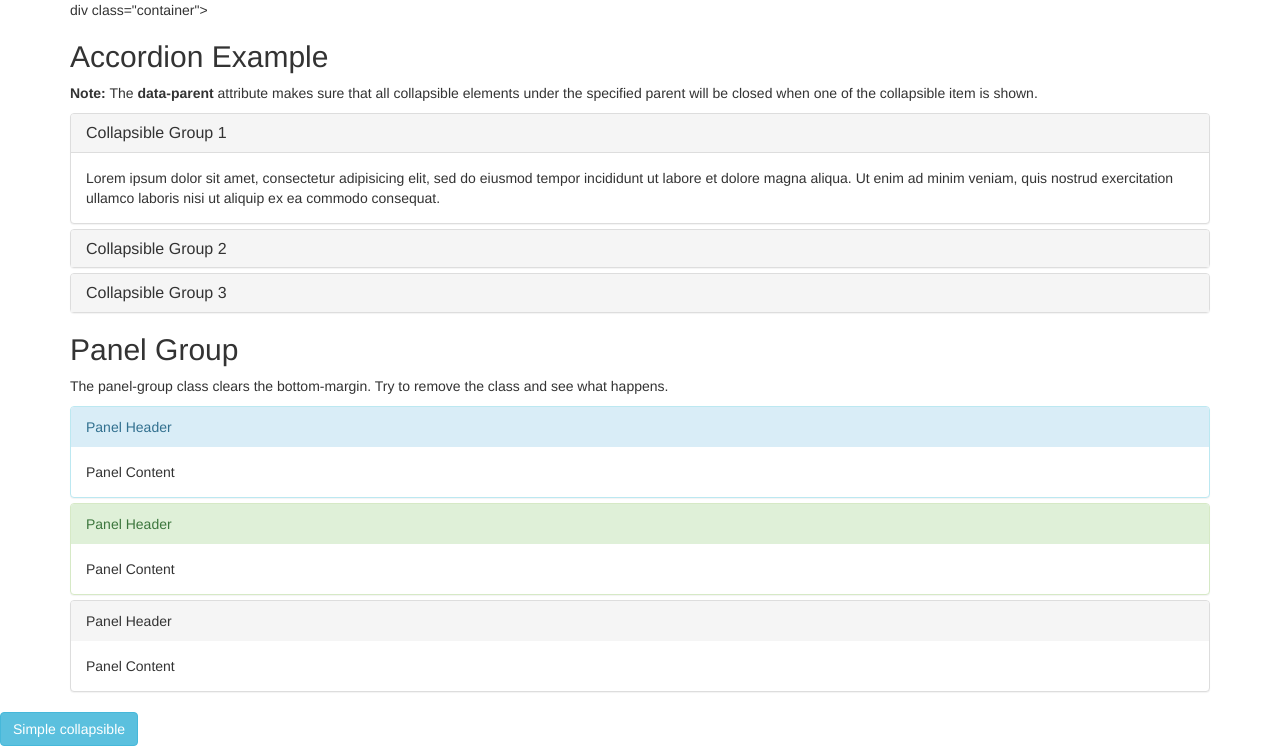
Repository: IreneCho/sk
Page: jqmTest/WebContent/day16/k.html
The author's editor kept a copy of each file at every save. The page is drawn from the files as they stood at one save, then again after the next save.
The browser window is 1280 px wide. The pictures show the whole page.

Above is the page before, as saved 2016-08-19 01:43:44.

### jqmTest/WebContent/day16/k.html
<!DOCTYPE html>
<html lang="en">
<head>
  <title>Bootstrap Case</title>
  <meta charset="utf-8">
  <meta name="viewport" content="width=device-width, initial-scale=1">
  <link rel="stylesheet" href="http://maxcdn.bootstrapcdn.com/bootstrap/3.3.7/css/bootstrap.min.css">
  <script src="https://ajax.googleapis.com/ajax/libs/jquery/1.12.4/jquery.min.js"></script>
  <script src="http://maxcdn.bootstrapcdn.com/bootstrap/3.3.7/js/bootstrap.min.js"></script>
</head>
<body>

<div class="container">

 div class="container">
  <h2>Accordion Example</h2>
  <p><strong>Note:</strong> The <strong>data-parent</strong> attribute makes sure that all collapsible elements under the specified parent will be closed when one of the collapsible item is shown.</p>
 <div class="panel-group" id="accordion">
  <div class="panel panel-default">
    <div class="panel-heading">
      <h4 class="panel-title">
        <a data-toggle="collapse" data-parent="#accordion" href="#collapse1">
        Collapsible Group 1</a>
      </h4>
    </div>
    <div id="collapse1" class="panel-collapse collapse in">
      <div class="panel-body">Lorem ipsum dolor sit amet, consectetur adipisicing elit,
      sed do eiusmod tempor incididunt ut labore et dolore magna aliqua. Ut enim ad
      minim veniam, quis nostrud exercitation ullamco laboris nisi ut aliquip ex ea
      commodo consequat.</div>
    </div>
  </div>
  <div class="panel panel-default">
    <div class="panel-heading">
      <h4 class="panel-title">
        <a data-toggle="collapse" data-parent="#accordion" href="#collapse2">
        Collapsible Group 2</a>
      </h4>
    </div>
    <div id="collapse2" class="panel-collapse collapse">
      <div class="panel-body">Lorem ipsum dolor sit amet, consectetur adipisicing elit,
      sed do eiusmod tempor incididunt ut labore et dolore magna aliqua. Ut enim ad
      minim veniam, quis nostrud exercitation ullamco laboris nisi ut aliquip ex ea
      commodo consequat.</div>
    </div>
  </div>
  <div class="panel panel-default">
    <div class="panel-heading">
      <h4 class="panel-title">
        <a data-toggle="collapse" data-parent="#accordion" href="#collapse3">
        Collapsible Group 3</a>
      </h4>
    </div>
    <div id="collapse3" class="panel-collapse collapse">
      <div class="panel-body">Lorem ipsum dolor sit amet, consectetur adipisicing elit,
      sed do eiusmod tempor incididunt ut labore et dolore magna aliqua. Ut enim ad
      minim veniam, quis nostrud exercitation ullamco laboris nisi ut aliquip ex ea
      commodo consequat.</div>
    </div>
  </div>
</div>










  <h2>Panel Group</h2>
  <p>The panel-group class clears the bottom-margin. Try to remove the class and see what happens.</p>
  <div class="panel-group">
    <div class="panel panel-info">
      <div class="panel-heading">Panel Header</div>
      <div class="panel-body">Panel Content</div>
    </div>
    <div class="panel panel-success">
      <div class="panel-heading">Panel Header</div>
      <div class="panel-body">Panel Content</div>
    </div>
    <div class="panel panel-default">
      <div class="panel-heading">Panel Header</div>
      <div class="panel-body">Panel Content</div>
    </div>
  </div>
</div>


  <button type="button" class="btn btn-info" data-toggle="collapse" data-target="#demo">Simple collapsible</button>
  <div id="demo" class="collapse">
    Lorem ipsum dolor sit amet, consectetur adipisicing elit,
    sed do eiusmod tempor incididunt ut labore et dolore magna aliqua. Ut enim ad minim veniam,
    quis nostrud exercitation ullamco laboris nisi ut aliquip ex ea commodo consequat.
  </div>


</body>
</html>

After the next save:
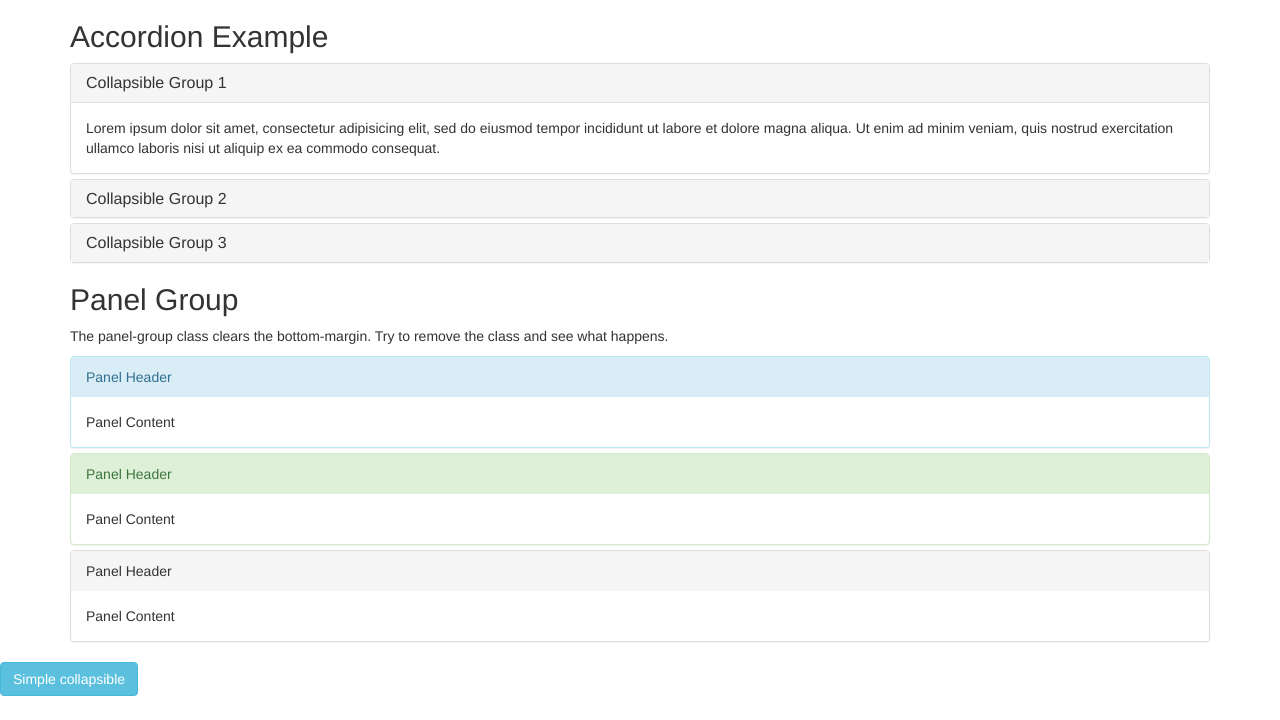
Saved 17 s later.
--- a/jqmTest/WebContent/day16/k.html
+++ b/jqmTest/WebContent/day16/k.html
@@ -12,9 +12,7 @@
 
 <div class="container">
 
- div class="container">
   <h2>Accordion Example</h2>
-  <p><strong>Note:</strong> The <strong>data-parent</strong> attribute makes sure that all collapsible elements under the specified parent will be closed when one of the collapsible item is shown.</p>
  <div class="panel-group" id="accordion">
   <div class="panel panel-default">
     <div class="panel-heading">
